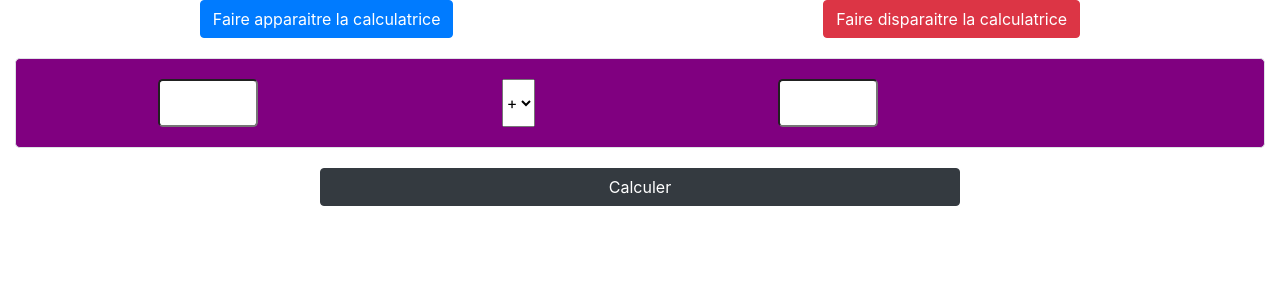
Repository: julieLyM/calculatrice
Page: calculatrice.html
These files come from the project's save history. The page is drawn as it stood at one moment and after a run of saves; the edit follows.
The browser window is 1280 px wide. The pictures show the whole page.

Above is the page before, as saved 2020-12-08 15:31:58.

### calculatrice.html
<!DOCTYPE html>
<html lang="fr">
  <head>
    <meta charset="UTF-8">
    <meta name="viewport" content="width=device-width, initial-scale=1.0">
		<link rel="stylesheet" href="https://cdn.jsdelivr.net/npm/bootstrap@4.5.3/dist/css/bootstrap.min.css" integrity="sha384-TX8t27EcRE3e/ihU7zmQxVncDAy5uIKz4rEkgIXeMed4M0jlfIDPvg6uqKI2xXr2" crossorigin="anonymous">

    <title>exercice calculatrice</title>
  </head>
  <body>
    <div class="container-fluid">
        <div class="row justify-content-around" style="margin: 0 auto; text-align:center">
          <button class="btn btn-primary" id="appear">
            Faire apparaitre la calculatrice
          </button>
          <button class="btn btn-danger" id="disapear">
            Faire disparaitre la calculatrice
          </button>
        </div>
        <div class="row justify-content-around border rounded-lg" id="blocCal"  style="padding: 20px;margin: 20px auto; text-align:center; background-color: purple">
          <input type="text" class="rounded-lg"  id="nombre1" style="width: 100px;">
          <select name="calcul" id="operateur">
            <option>+</option>
            <option>-</option>
            <option>*</option>
            <option>/</option>
          </select>
          <input type="text" class="rounded-lg"  id="nombre2" style="width: 100px;">
          <br>
          <br>
        </div>
        <div class="row justify-content-center" style="margin-top: 20px">
          <button type="button" class="btn btn-dark w-50" id="calculer">Calculer</button>
        </div>
        <br>
        <div class="row justify-content-center">
          <div id="message"></div>
        </div>
      </div>
    <!--APPEL JQUERY-->
		<script src="https://code.jquery.com/jquery-3.5.1.min.js" integrity="sha256-9/aliU8dGd2tb6OSsuzixeV4y/faTqgFtohetphbbj0=" crossorigin="anonymous"></script>
		<script src="https://cdn.jsdelivr.net/npm/bootstrap@4.5.3/dist/js/bootstrap.bundle.min.js" integrity="sha384-ho+j7jyWK8fNQe+A12Hb8AhRq26LrZ/JpcUGGOn+Y7RsweNrtN/tE3MoK7ZeZDyx" crossorigin="anonymous"></script>
    <!--NOTRE CODE JS-->
    <script src="calculatrice.js"></script>
  </body>
</html>

### calculatrice.js
//Etapes :
// --------
// - faire une page html
// - créer deux input type text avec deux id différent pour la saisie des valeurs
// - créer un select avec un id pour proposer les différents opérateurs. (+-*/    ** %)
// - créer un bouton avec un id pour lancer le calcul (button, span)

// Avec js :
// ---------
// - lors du click  sur le bouton (evenement) :
// - récupérer les deux saisies des champs text et l'opérateur selectionné

// - il peut être important de passer les saisies dans un parseFloat() pour les transformer en type number
// - declencher le calcul des saisies selon  l'opérateur avec un if qui va tester l'opérateur pour déclencher l'opération.
// - afficher l'opération avec le résultat.

// Pour aller plus loin :
// ----------------------
// - essayer de donner la possibilité de faire apparaitre ou disparaitre la calculatrice

$(document).ready(function () {
  $('#appear').on('click', function () {
    $('#blocCal').slideDown(1000);
  });

  // Cacher la  calculatrice :
  $('#disapear').on('click', function () {
    $('#blocCal').slideUp(1000);
  });

  $('#calculer').on('click', function () {
    var value1 = $('#nombre1').val();
    var signe = $('#operateur').val();
    var value2 = $('#nombre2').val();

    value1 = parseFloat(value1);
    value2 = parseFloat(value2);
    var resultat = '';

    if (signe == '+') {
      resultat = $('#message').html(
        '<div style="background-color: pink;color: yellow; text-align: center;font-size:26px; padding:20px">Résultat addition: ' +
          value1 +
          signe +
          value2 +
          ' = ' +
          (value1 + value2) +
          '</div>'
      );
    } else if (signe == '-') {
      resultat = resultat = $('#message').html(
        '<div style="background-color: pink;color: blue; text-align: center;font-size:26px; padding:20px">Résultat soustration: ' +
          value1 +
          signe +
          value2 +
          ' = ' +
          (value1 - value2) +
          '</div>'
      );
    } else if (signe == '*') {
      resultat = resultat = $('#message').html(
        '<div style="background-color: pink;color: purple; text-align: center;font-size:26px; padding:20px">Résultat multiplication: ' +
          value1 +
          signe +
          value2 +
          ' = ' +
          value1 * value2 +
          '</div>'
      );
    } else if (signe == '/') {
      resultat = resultat = $('#message').html(
        '<div style="background-color: pink;color: green; text-align: center;font-size:26px; padding:20px">Résultat division: ' +
          value1 +
          signe +
          value2 +
          ' = ' +
          value1 / value2 +
          '</div>'
      );
    }
  });

  $('#nombre1, #nombre2').on('mouseover', function () {
    $('#message').html(
      `<div style="background-color: pink;color: red; padding:20px">Saisir un chiffre</div>`
    );
  });

  $('#nombre1, #nombre2').on('mouseout', function () {
    $('#message').html('');
  });

  $('#operateur').on('mouseover', function () {
    $('#message').html(
      `<div style="background-color: pink;color: red; padding:20px">Saisir un opérateur + - / *</div>`
    );
  });
  $('#operateur').on('mouseout', function () {
    $('#message').html('');
  });
});

After the next 2 saves:
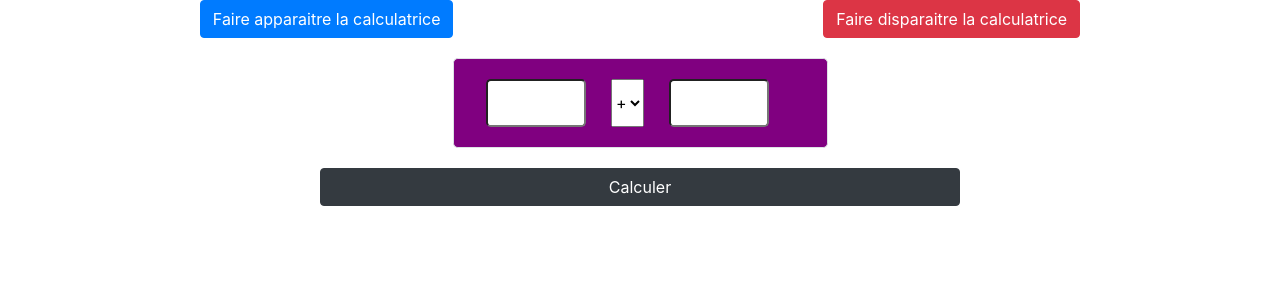
The 2 saves are shown as one change because they came seconds apart.
The last was saved 9 s later.
--- a/calculatrice.html
+++ b/calculatrice.html
@@ -17,7 +17,7 @@
             Faire disparaitre la calculatrice
           </button>
         </div>
-        <div class="row justify-content-around border rounded-lg" id="blocCal"  style="padding: 20px;margin: 20px auto; text-align:center; background-color: purple">
+        <div class="row justify-content-around border rounded-lg" id="blocCal"  style="padding: 20px;margin: 20px auto; text-align:center; width: 30%;background-color: purple">
           <input type="text" class="rounded-lg"  id="nombre1" style="width: 100px;">
           <select name="calcul" id="operateur">
             <option>+</option>
